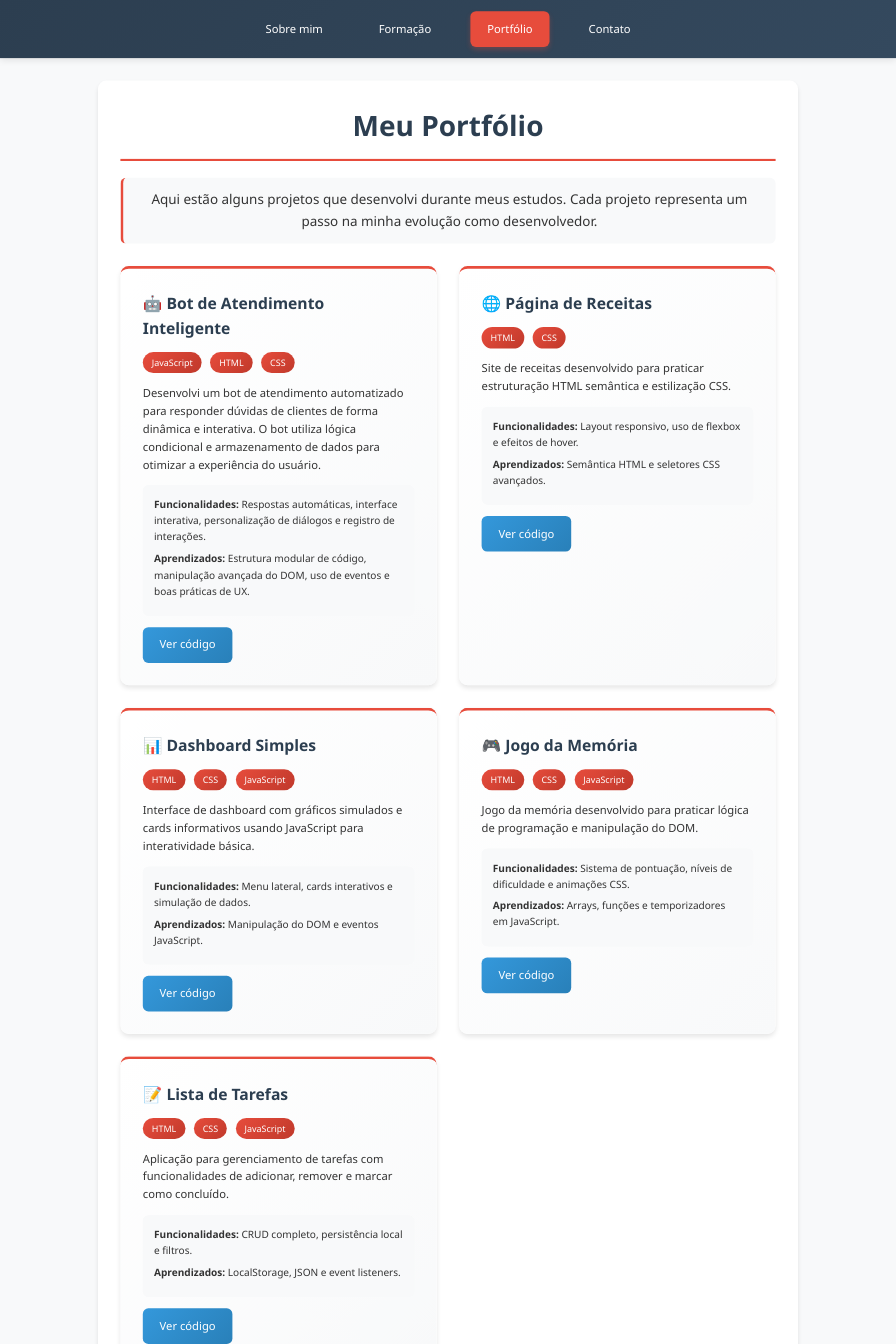
Repository: AnderHonorato/meu-portfolio
Page: portfolio.html
These files come from the project's save history. The page is drawn as it stood at one moment and after the next save; the edit follows.
The browser window is 1280 px wide. The pictures show the part of the page from y = 0 to 1920 px (the page is 2876 px tall before and 2840 px after), at 70% of full size.

Above is the page before, as saved 2025-08-26 20:19:54.

### portfolio.html
<!DOCTYPE html>
<html lang="pt-br">
<head>
    <meta charset="UTF-8">
    <meta name="viewport" content="width=device-width, initial-scale=1.0">
    <title>Portfólio - Ander Honorato</title>
    <link rel="stylesheet" href="css/style.css">
</head>
<body>
    <!-- MENU DE NAVEGAÇÃO PADRÃO -->
    <nav class="menu">
        <ul>
            <li><a href="index.html">Sobre mim</a></li>
            <li><a href="formacao.html">Formação</a></li>
            <li><a href="portfolio.html" class="ativo">Portfólio</a></li>
            <li><a href="contato.html">Contato</a></li>
        </ul>
    </nav>

    <!-- CONTEÚDO ESPECÍFICO DA PÁGINA DE PORTFÓLIO -->
    <main class="conteudo">
        <h1>Meu Portfólio</h1>

        <p class="intro-portfolio">Aqui estão alguns projetos que desenvolvi durante meus estudos. Cada projeto representa um passo na minha evolução como desenvolvedor.</p>

        <!-- GRID DE PROJETOS -->
        <div class="projetos-grid">

            <!-- PROJETO DESTAQUE: BOT DE ATENDIMENTO -->
            <div class="projeto-item destaque">
                <h3>🤖 Bot de Atendimento Inteligente</h3>
                <div class="tags-projeto">
                    <span class="tag">JavaScript</span>
                    <span class="tag">HTML</span>
                    <span class="tag">CSS</span>
                </div>
                <p>Desenvolvi um bot de atendimento automatizado para responder dúvidas de clientes de forma dinâmica e interativa. O bot utiliza lógica condicional e armazenamento de dados para otimizar a experiência do usuário.</p>
                <div class="projeto-detalhes">
                    <p><strong>Funcionalidades:</strong> Respostas automáticas, interface interativa, personalização de diálogos e registro de interações.</p>
                    <p><strong>Aprendizados:</strong> Estrutura modular de código, manipulação avançada do DOM, uso de eventos e boas práticas de UX.</p>
                </div>
                <a href="#" class="btn-projeto">Ver código</a>
            </div>

            <!-- PROJETOS ANTERIORES -->
            <div class="projeto-item">
                <h3>🌐 Página de Receitas</h3>
                <div class="tags-projeto">
                    <span class="tag">HTML</span>
                    <span class="tag">CSS</span>
                </div>
                <p>Site de receitas desenvolvido para praticar estruturação HTML semântica e estilização CSS.</p>
                <div class="projeto-detalhes">
                    <p><strong>Funcionalidades:</strong> Layout responsivo, uso de flexbox e efeitos de hover.</p>
                    <p><strong>Aprendizados:</strong> Semântica HTML e seletores CSS avançados.</p>
                </div>
                <a href="#" class="btn-projeto">Ver código</a>
            </div>

            <div class="projeto-item">
                <h3>📊 Dashboard Simples</h3>
                <div class="tags-projeto">
                    <span class="tag">HTML</span>
                    <span class="tag">CSS</span>
                    <span class="tag">JavaScript</span>
                </div>
                <p>Interface de dashboard com gráficos simulados e cards informativos usando JavaScript para interatividade básica.</p>
                <div class="projeto-detalhes">
                    <p><strong>Funcionalidades:</strong> Menu lateral, cards interativos e simulação de dados.</p>
                    <p><strong>Aprendizados:</strong> Manipulação do DOM e eventos JavaScript.</p>
                </div>
                <a href="#" class="btn-projeto">Ver código</a>
            </div>

            <div class="projeto-item">
                <h3>🎮 Jogo da Memória</h3>
                <div class="tags-projeto">
                    <span class="tag">HTML</span>
                    <span class="tag">CSS</span>
                    <span class="tag">JavaScript</span>
                </div>
                <p>Jogo da memória desenvolvido para praticar lógica de programação e manipulação do DOM.</p>
                <div class="projeto-detalhes">
                    <p><strong>Funcionalidades:</strong> Sistema de pontuação, níveis de dificuldade e animações CSS.</p>
                    <p><strong>Aprendizados:</strong> Arrays, funções e temporizadores em JavaScript.</p>
                </div>
                <a href="#" class="btn-projeto">Ver código</a>
            </div>

            <div class="projeto-item">
                <h3>📝 Lista de Tarefas</h3>
                <div class="tags-projeto">
                    <span class="tag">HTML</span>
                    <span class="tag">CSS</span>
                    <span class="tag">JavaScript</span>
                </div>
                <p>Aplicação para gerenciamento de tarefas com funcionalidades de adicionar, remover e marcar como concluído.</p>
                <div class="projeto-detalhes">
                    <p><strong>Funcionalidades:</strong> CRUD completo, persistência local e filtros.</p>
                    <p><strong>Aprendizados:</strong> LocalStorage, JSON e event listeners.</p>
                </div>
                <a href="#" class="btn-projeto">Ver código</a>
            </div>
        </div>

        <!-- SEÇÃO DE HABILIDADES TÉCNICAS -->
        <div class="habilidades-secao">
            <h2>🛠️ Tecnologias que Conheço</h2>
            <div class="habilidades-grid">
                <div class="habilidade-item">
                    <h4>HTML5</h4>
                    <div class="nivel-habilidade">
                        <div class="barra-habilidade">
                            <div class="progresso-habilidade" style="width: 80%"></div>
                        </div>
                        <span>Intermediário</span>
                    </div>
                </div>
                <div class="habilidade-item">
                    <h4>CSS3</h4>
                    <div class="nivel-habilidade">
                        <div class="barra-habilidade">
                            <div class="progresso-habilidade" style="width: 75%"></div>
                        </div>
                        <span>Intermediário</span>
                    </div>
                </div>
                <div class="habilidade-item">
                    <h4>JavaScript</h4>
                    <div class="nivel-habilidade">
                        <div class="barra-habilidade">
                            <div class="progresso-habilidade" style="width: 45%"></div>
                        </div>
                        <span>Básico</span>
                    </div>
                </div>
                <div class="habilidade-item">
                    <h4>Git/GitHub</h4>
                    <div class="nivel-habilidade">
                        <div class="barra-habilidade">
                            <div class="progresso-habilidade" style="width: 60%"></div>
                        </div>
                        <span>Básico+</span>
                    </div>
                </div>
            </div>
        </div>

        <!-- SEÇÃO DE ESTUDOS ATUAIS -->
        <div class="estudos-atuais">
            <h2>📚 Atualmente Estudando</h2>
            <ul class="lista-estudos">
                <li>🎯 Aprofundamento em JavaScript ES6+</li>
                <li>🎨 CSS Grid e Flexbox avançado</li>
                <li>📱 Design responsivo e mobile-first</li>
                <li>🔧 Ferramentas de desenvolvimento (DevTools)</li>
                <li>🌐 Conceitos de API e consumo de dados</li>
            </ul>
        </div>
    </main>
</body>
</html>

### css/style.css
/* Reset básico e configurações globais */
* {
    margin: 0;
    padding: 0;
    box-sizing: border-box;
}

/* Configurações do corpo da página */
body {
    font-family: 'Segoe UI', Tahoma, Geneva, Verdana, sans-serif;
    line-height: 1.6;
    color: #333;
    background-color: #f8f9fa;
}

/* Menu de navegação - SEMPRE VISÍVEL */
.menu {
    background: linear-gradient(135deg, #2c3e50, #34495e);
    padding: 1rem 0;
    position: sticky; /* Menu fica fixo no topo ao rolar */
    top: 0;
    z-index: 1000; /* Garante que fica por cima de outros elementos */
    box-shadow: 0 2px 10px rgba(0,0,0,0.1);
}

.menu ul {
    list-style: none;
    display: flex;
    justify-content: center;
    gap: 2rem;
    max-width: 1200px;
    margin: 0 auto;
    padding: 0 1rem;
}

.menu a {
    color: white;
    text-decoration: none;
    padding: 0.8rem 1.5rem;
    border-radius: 8px;
    transition: all 0.3s ease;
    display: block;
    font-weight: 500;
}

.menu a:hover {
    background-color: rgba(255, 255, 255, 0.1);
    transform: translateY(-2px);
}

.menu a.ativo {
    background-color: #e74c3c;
    box-shadow: 0 4px 8px rgba(231, 76, 60, 0.3);
}

/* Conteúdo principal */
.conteudo {
    max-width: 1000px;
    margin: 2rem auto;
    padding: 0 1rem;
    background-color: white;
    border-radius: 12px;
    box-shadow: 0 4px 6px rgba(0,0,0,0.1);
    padding: 2rem;
}

.conteudo h1 {
    color: #2c3e50;
    margin-bottom: 1.5rem;
    text-align: center;
    font-size: 2.5rem;
    border-bottom: 3px solid #e74c3c;
    padding-bottom: 1rem;
}

.conteudo h2 {
    color: #34495e;
    margin: 2rem 0 1rem 0;
    font-size: 1.8rem;
}

/* === ESTILOS PÁGINA SOBRE MIM === */
.sobre-container {
    display: grid;
    grid-template-columns: 250px 1fr;
    gap: 2rem;
    margin-top: 2rem;
}

.foto-perfil {
    text-align: center;
}

.placeholder-foto {
    width: 200px;
    height: 200px;
    border-radius: 50%;
    background: linear-gradient(135deg, #e74c3c, #c0392b);
    display: flex;
    align-items: center;
    justify-content: center;
    color: white;
    font-weight: bold;
    margin: 0 auto;
    box-shadow: 0 8px 16px rgba(231, 76, 60, 0.3);
}

.foto-perfil img {
    width: 200px;
    height: 200px;
    border-radius: 50%;
    object-fit: cover;
    box-shadow: 0 8px 16px rgba(0,0,0,0.2);
}

.texto-sobre {
    flex: 1;
}

.texto-sobre p {
    margin-bottom: 1rem;
    text-align: justify;
    font-size: 1.1rem;
}

.lista-hobbies {
    list-style: none;
    margin: 1rem 0;
}

.lista-hobbies li {
    padding: 0.5rem 0;
    font-size: 1.1rem;
    border-bottom: 1px solid #eee;
    transition: all 0.3s ease;
}

.lista-hobbies li:hover {
    background-color: #f8f9fa;
    padding-left: 1rem;
    border-left: 4px solid #e74c3c;
}

.info-adicional {
    margin-top: 3rem;
    padding: 2rem;
    background: linear-gradient(135deg, #ecf0f1, #bdc3c7);
    border-radius: 12px;
}

/* === ESTILOS PÁGINA FORMAÇÃO === */
.formacao-secao {
    margin-bottom: 3rem;
}

.item-formacao {
    background: linear-gradient(135deg, #f8f9fa, #e9ecef);
    padding: 2rem;
    border-radius: 12px;
    margin-bottom: 1.5rem;
    border-left: 5px solid #e74c3c;
    transition: transform 0.3s ease;
}

.item-formacao:hover {
    transform: translateY(-5px);
    box-shadow: 0 8px 16px rgba(0,0,0,0.1);
}

.item-formacao h3 {
    color: #2c3e50;
    margin-bottom: 1rem;
    font-size: 1.3rem;
}

.item-formacao p {
    margin-bottom: 0.5rem;
}

.lista-idiomas {
    list-style: none;
}

.lista-idiomas li {
    padding: 1rem 0;
    border-bottom: 1px solid #ddd;
}

.lista-idiomas li:last-child {
    border-bottom: none;
}

.nivel-idioma {
    margin-top: 0.5rem;
}

.barra-progresso {
    width: 100%;
    height: 8px;
    background-color: #ecf0f1;
    border-radius: 4px;
    overflow: hidden;
    margin: 0.5rem 0;
}

.progresso {
    height: 100%;
    background: linear-gradient(90deg, #e74c3c, #c0392b);
    transition: width 0.3s ease;
}

.descricao-nivel {
    font-size: 0.9rem;
    color: #7f8c8d;
    font-style: italic;
}

.proximos-estudos ul {
    list-style: none;
    display: grid;
    grid-template-columns: repeat(auto-fit, minmax(250px, 1fr));
    gap: 1rem;
}

.proximos-estudos li {
    background-color: #fff3cd;
    padding: 1rem;
    border-radius: 8px;
    border-left: 4px solid #ffc107;
    font-weight: 500;
}

/* === ESTILOS PÁGINA PORTFÓLIO === */
.intro-portfolio {
    text-align: center;
    font-size: 1.2rem;
    margin-bottom: 2rem;
    padding: 1rem;
    background-color: #f8f9fa;
    border-radius: 8px;
    border-left: 4px solid #e74c3c;
}

.projetos-grid {
    display: grid;
    grid-template-columns: repeat(auto-fit, minmax(350px, 1fr));
    gap: 2rem;
    margin-bottom: 3rem;
}

.projeto-item {
    background: linear-gradient(135deg, #ffffff, #f8f9fa);
    padding: 2rem;
    border-radius: 12px;
    box-shadow: 0 4px 8px rgba(0,0,0,0.1);
    transition: all 0.3s ease;
    border-top: 4px solid #e74c3c;
}

.projeto-item:hover {
    transform: translateY(-8px);
    box-shadow: 0 12px 24px rgba(0,0,0,0.15);
}

.projeto-item h3 {
    color: #2c3e50;
    margin-bottom: 1rem;
    font-size: 1.4rem;
}

.tags-projeto {
    margin-bottom: 1rem;
}

.tag {
    display: inline-block;
    background: linear-gradient(135deg, #e74c3c, #c0392b);
    color: white;
    padding: 0.3rem 0.8rem;
    border-radius: 20px;
    font-size: 0.8rem;
    margin-right: 0.5rem;
    font-weight: 500;
}

.projeto-detalhes {
    margin: 1rem 0;
    padding: 1rem;
    background-color: #f8f9fa;
    border-radius: 8px;
}

.projeto-detalhes p {
    margin-bottom: 0.5rem;
    font-size: 0.9rem;
}

.btn-projeto {
    display: inline-block;
    background: linear-gradient(135deg, #3498db, #2980b9);
    color: white;
    padding: 0.8rem 1.5rem;
    text-decoration: none;
    border-radius: 8px;
    transition: all 0.3s ease;
    font-weight: 500;
}

.btn-projeto:hover {
    transform: translateY(-2px);
    box-shadow: 0 4px 8px rgba(52, 152, 219, 0.3);
}

/* Habilidades técnicas */
.habilidades-secao {
    margin-top: 3rem;
    padding: 2rem;
    background: linear-gradient(135deg, #ecf0f1, #bdc3c7);
    border-radius: 12px;
}

.habilidades-grid {
    display: grid;
    grid-template-columns: repeat(auto-fit, minmax(250px, 1fr));
    gap: 1.5rem;
    margin-top: 1rem;
}

.habilidade-item {
    background-color: white;
    padding: 1.5rem;
    border-radius: 8px;
    box-shadow: 0 2px 4px rgba(0,0,0,0.1);
}

.habilidade-item h4 {
    color: #2c3e50;
    margin-bottom: 1rem;
    font-size: 1.1rem;
}

.nivel-habilidade {
    display: flex;
    align-items: center;
    gap: 1rem;
}

.barra-habilidade {
    flex: 1;
    height: 8px;
    background-color: #ecf0f1;
    border-radius: 4px;
    overflow: hidden;
}

.progresso-habilidade {
    height: 100%;
    background: linear-gradient(90deg, #27ae60, #2ecc71);
    transition: width 0.3s ease;
}

.estudos-atuais {
    margin-top: 2rem;
    padding: 2rem;
    background-color: #e8f5e8;
    border-radius: 12px;
    border-left: 5px solid #27ae60;
}

.lista-estudos {
    list-style: none;
    display: grid;
    grid-template-columns: repeat(auto-fit, minmax(300px, 1fr));
    gap: 1rem;
}

.lista-estudos li {
    padding: 1rem;
    background-color: white;
    border-radius: 8px;
    box-shadow: 0 2px 4px rgba(0,0,0,0.1);
    transition: transform 0.3s ease;
}

.lista-estudos li:hover {
    transform: translateX(10px);
}

/* === ESTILOS PÁGINA CONTATO === */
.intro-contato {
    text-align: center;
    font-size: 1.2rem;
    margin-bottom: 2rem;
    padding: 1rem;
    background: linear-gradient(135deg, #d4edda, #c3e6cb);
    border-radius: 8px;
    border-left: 4px solid #28a745;
}

.contato-container {
    display: grid;
    grid-template-columns: 2fr 1fr;
    gap: 3rem;
    margin-top: 2rem;
}

.formulario-contato {
    background-color: #f8f9fa;
    padding: 2rem;
    border-radius: 12px;
    box-shadow: 0 4px 8px rgba(0,0,0,0.1);
}

.formulario-contato h2 {
    color: #2c3e50;
    margin-bottom: 1.5rem;
    text-align: center;
}

.form-contato {
    display: flex;
    flex-direction: column;
    gap: 1.5rem;
}

.campo {
    display: flex;
    flex-direction: column;
}

.campo.checkbox {
    flex-direction: row;
    align-items: center;
    gap: 0.5rem;
}

.campo.checkbox input {
    width: auto;
}

.campo label {
    margin-bottom: 0.5rem;
    font-weight: 600;
    color: #2c3e50;
}

.campo input,
.campo textarea,
.campo select {
    padding: 0.8rem;
    border: 2px solid #ddd;
    border-radius: 8px;
    font-size: 1rem;
    transition: border-color 0.3s ease;
    font-family: inherit;
}

.campo input:focus,
.campo textarea:focus,
.campo select:focus {
    outline: none;
    border-color: #e74c3c;
    box-shadow: 0 0 0 3px rgba(231, 76, 60, 0.1);
}

.btn-enviar {
    background: linear-gradient(135deg, #e74c3c, #c0392b);
    color: white;
    padding: 1rem 2rem;
    border: none;
    border-radius: 8px;
    cursor: pointer;
    font-size: 1.1rem;
    font-weight: 600;
    transition: all 0.3s ease;
}

.btn-enviar:hover {
    transform: translateY(-2px);
    box-shadow: 0 4px 8px rgba(231, 76, 60, 0.3);
}

.mensagem-retorno {
    margin-top: 1rem;
    padding: 1rem;
    background-color: #d4edda;
    border: 1px solid #c3e6cb;
    border-radius: 8px;
    color: #155724;
    text-align: center;
    font-weight: 500;
}

/* Informações de contato */
.info-contato {
    background-color: white;
    padding: 2rem;
    border-radius: 12px;
    box-shadow: 0 4px 8px rgba(0,0,0,0.1);
    height: fit-content;
}

.info-contato h2 {
    color: #2c3e50;
    margin-bottom: 1.5rem;
    text-align: center;
}

.contato-item {
    margin-bottom: 2rem;
    padding: 1rem;
    background-color: #f8f9fa;
    border-radius: 8px;
    border-left: 4px solid #3498db;
}

.contato-item h3 {
    color: #2c3e50;
    margin-bottom: 0.5rem;
    font-size: 1.1rem;
}

.contato-item p {
    font-weight: 600;
    color: #34495e;
    margin-bottom: 0.3rem;
}

.contato-item small {
    color: #7f8c8d;
    font-style: italic;
}

.disponibilidade {
    padding: 1rem;
    background: linear-gradient(135deg, #fff3cd, #ffeaa7);
    border-radius: 8px;
    border-left: 4px solid #ffc107;
}

.disponibilidade h3 {
    color: #2c3e50;
    margin-bottom: 1rem;
}

.disponibilidade ul {
    list-style: none;
}

.disponibilidade li {
    padding: 0.3rem 0;
    color: #856404;
}

/* Dicas de contato */
.dicas-contato {
    margin-top: 3rem;
    padding: 2rem;
    background: linear-gradient(135deg, #e8f4fd, #d1ecf1);
    border-radius: 12px;
}

.dicas-grid {
    display: grid;
    grid-template-columns: repeat(auto-fit, minmax(250px, 1fr));
    gap: 1.5rem;
    margin-top: 1rem;
}

.dica-item {
    background-color: white;
    padding: 1.5rem;
    border-radius: 8px;
    box-shadow: 0 2px 4px rgba(0,0,0,0.1);
    transition: transform 0.3s ease;
}

.dica-item:hover {
    transform: translateY(-5px);
}

.dica-item h4 {
    color: #2c3e50;
    margin-bottom: 1rem;
}

.dica-item p {
    color: #34495e;
    font-size: 0.9rem;
}

/* === RESPONSIVIDADE === */
@media (max-width: 768px) {
    /* Menu responsivo */
    .menu ul {
        flex-wrap: wrap;
        gap: 0.5rem;
        justify-content: center;
    }

    .menu a {
        padding: 0.6rem 1rem;
        font-size: 0.9rem;
    }

    /* Conteúdo */
    .conteudo {
        margin: 1rem;
        padding: 1.5rem;
    }

    .conteudo h1 {
        font-size: 2rem;
    }

    /* Sobre mim responsivo */
    .sobre-container {
        grid-template-columns: 1fr;
        text-align: center;
        gap: 1.5rem;
    }

    /* Formação responsiva */
    .item-formacao {
        padding: 1.5rem;
    }

    /* Portfólio responsivo */
    .projetos-grid {
        grid-template-columns: 1fr;
        gap: 1.5rem;
    }

    .habilidades-grid {
        grid-template-columns: 1fr;
    }

    /* Contato responsivo */
    .contato-container {
        grid-template-columns: 1fr;
        gap: 2rem;
    }

    .dicas-grid {
        grid-template-columns: 1fr;
    }
}

@media (max-width: 480px) {
    .conteudo {
        padding: 1rem;
    }

    .conteudo h1 {
        font-size: 1.8rem;
    }

    .menu ul {
        flex-direction: column;
        gap: 0.3rem;
    }

    .projeto-item,
    .item-formacao,
    .formulario-contato {
        padding: 1rem;
    }
}

/* Animações e efeitos especiais */
@keyframes slideInUp {
    from {
        opacity: 0;
        transform: translateY(30px);
    }
    to {
        opacity: 1;
        transform: translateY(0);
    }
}

.conteudo {
    animation: slideInUp 0.6s ease-out;
}

/* Scroll suave */
html {
    scroll-behavior: smooth;
}

After the next save:
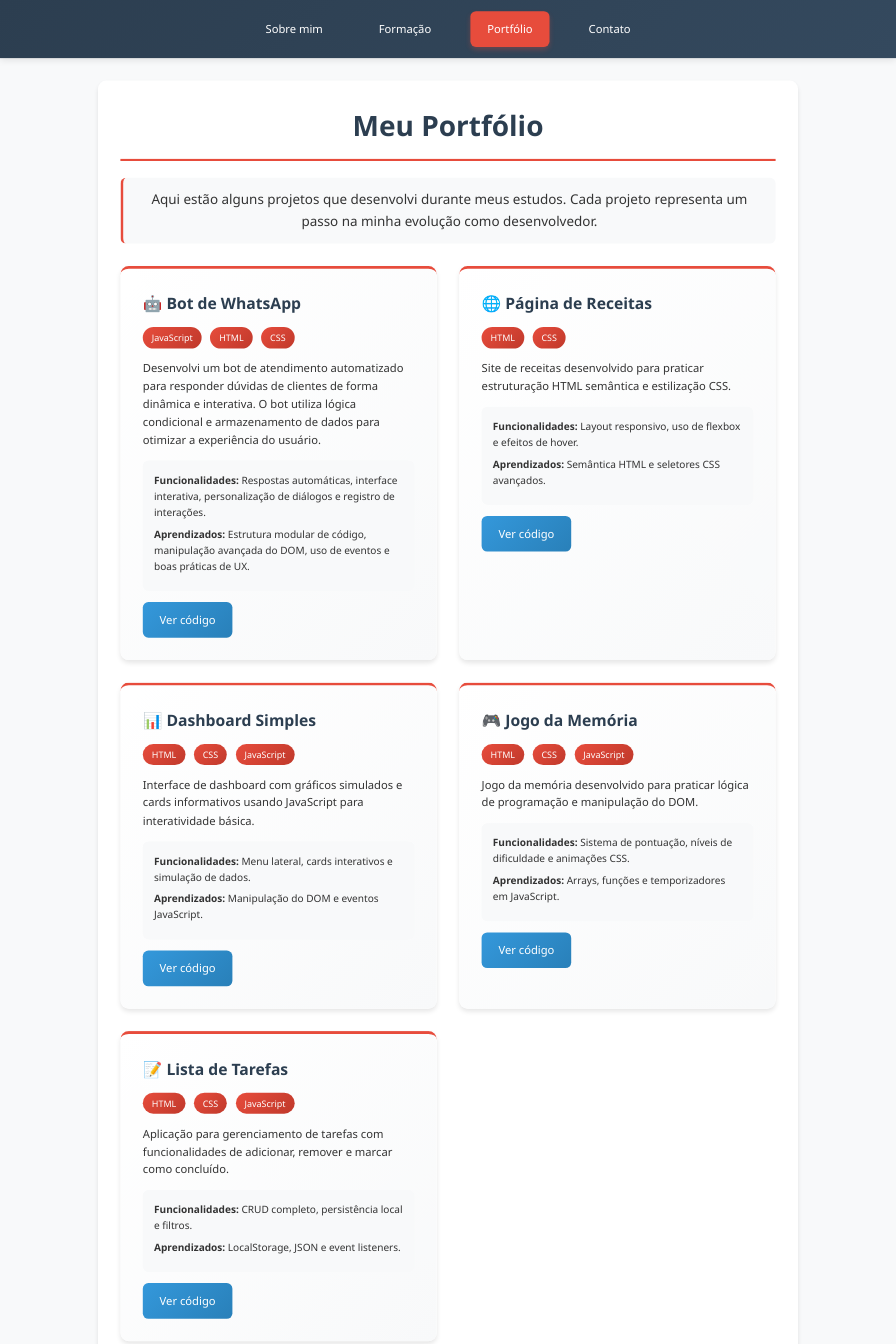
Saved 29 s later.
--- a/portfolio.html
+++ b/portfolio.html
@@ -26,9 +26,9 @@
         <!-- GRID DE PROJETOS -->
         <div class="projetos-grid">
 
-            <!-- PROJETO DESTAQUE: BOT DE ATENDIMENTO -->
+            <!-- PROJETO DESTAQUE: BOT DE WHATSAPP -->
             <div class="projeto-item destaque">
-                <h3>🤖 Bot de Atendimento Inteligente</h3>
+                <h3>🤖 Bot de WhatsApp</h3>
                 <div class="tags-projeto">
                     <span class="tag">JavaScript</span>
                     <span class="tag">HTML</span>
@@ -150,8 +150,8 @@
         <div class="estudos-atuais">
             <h2>📚 Atualmente Estudando</h2>
             <ul class="lista-estudos">
-                <li>🎯 Aprofundamento em JavaScript ES6+</li>
-                <li>🎨 CSS Grid e Flexbox avançado</li>
+                <li>🎯 Aprofundamento em JavaScript</li>
+                <li>🎨 CSS Grid e Flexbox</li>
                 <li>📱 Design responsivo e mobile-first</li>
                 <li>🔧 Ferramentas de desenvolvimento (DevTools)</li>
                 <li>🌐 Conceitos de API e consumo de dados</li>
